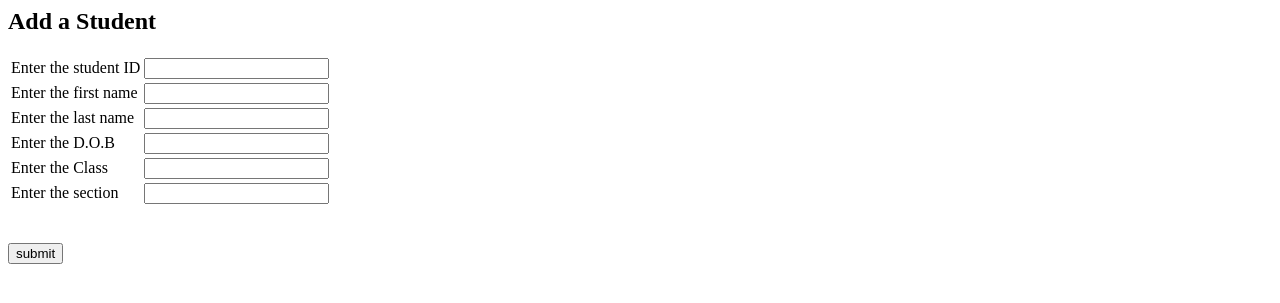
Repository: anithagnana123/Simplilearn_Phase2_project
Page: http://localhost/phase2-project/updatestudent
These files come from the project's save history. The page is drawn as it stood at one moment and after the next save; the edit follows.
The browser window is 1280 px wide. The pictures show the whole page.
The page is served by Tomcat 9.

Above is the page before, as saved 2022-10-20 10:02:34.

After the next save:
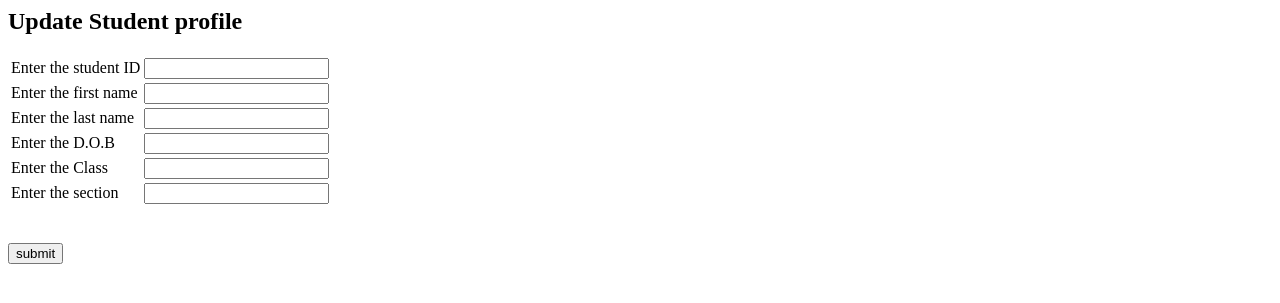
Saved 50 min 50 s later.
--- a/phase2-project/src/main/java/com/simplilearn/workshop/UpdateStudentServlet.java
+++ b/phase2-project/src/main/java/com/simplilearn/workshop/UpdateStudentServlet.java
@@ -26,7 +26,7 @@ public class UpdateStudentServlet extends HttpServlet {
 		 PrintWriter out = response.getWriter();
 
 			    out.println("<form action='test' method='get'>");
-				out.println("<h2>Add a Student</h2>");
+				out.println("<h2>Update Student profile</h2>");
 				out.println("<table>");
 				out.println("<tr>");
 			    out.println("<td>Enter the student ID</td>");
